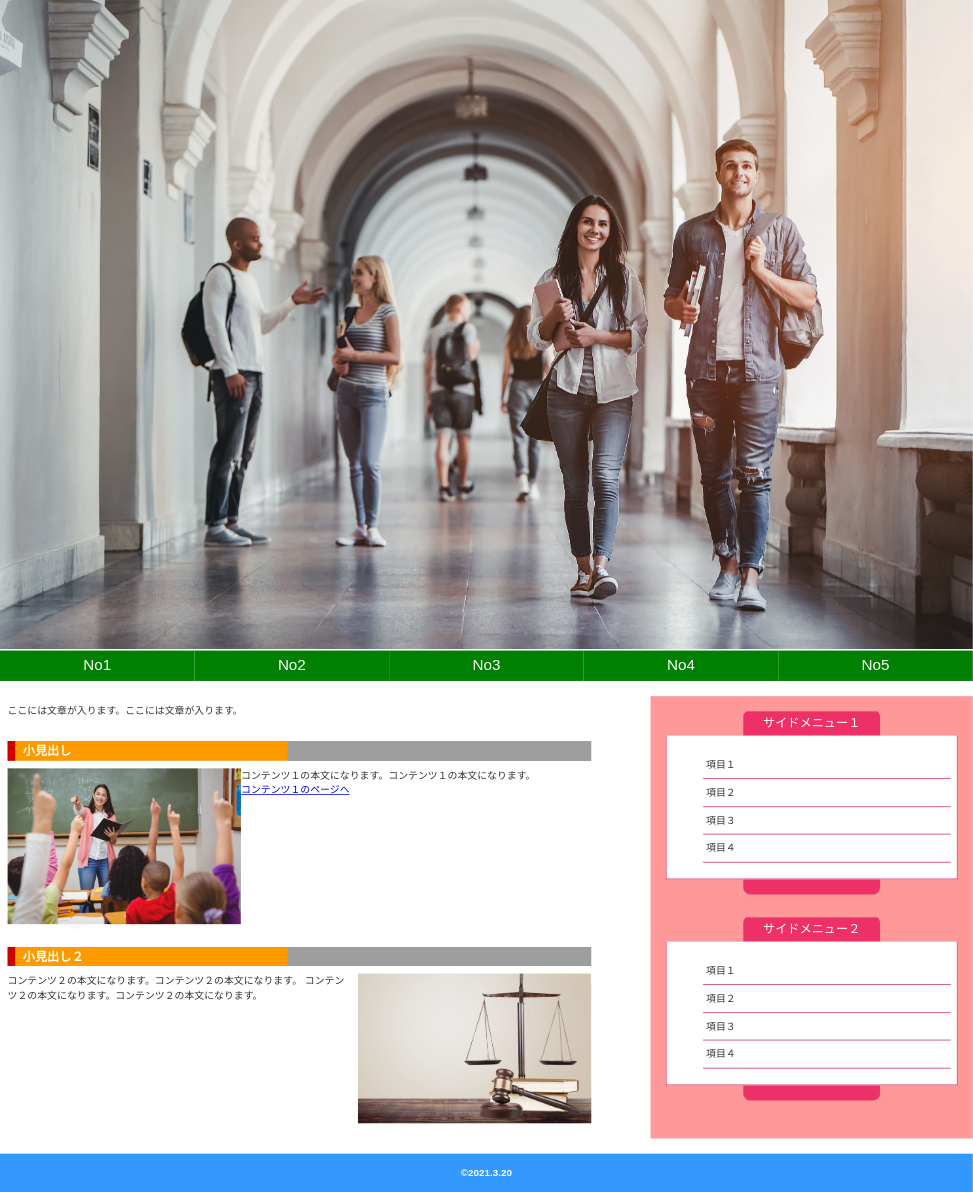
Repository: Hikaru-Ichikawa/samurai_HTML-CSS
Page: home.html
The author's editor kept a record of every edit. The page is drawn from the files as they stood at one moment, then again after the next edit.
The browser window is 1280 px wide. The pictures show the whole page, at 76% of full size.
Pictures or frames that could not be fetched are drawn as grey boxes.

Above is the page before.

### home.html
<!DOCTYPE html>
<html lang="ja">
    <head>
        <meta charset="UTF-8">
        <title>HTML/CSSの学習</title>
        <link rel="stylesheet" href="stylesheet.css">
    </head>
    <body>
        <div id='header'>
            <h1><a href=''><img id='corridor' src='images/school.jpeg' alt=''></a></h1>
        </div>
        <div id='nav'>
            <ul>
                <li>
                    <a href=''>No1</a>
                </li>
                <li>
                    <a href=''>No2</a>
                </li>
                <li>
                    <a href=''>No3</a>
                </li>
                <li>
                    <a href=''>No4</a>
                </li>
                <li>
                    <a href=''>No5</a>
                </li>
            </ul>
        </div>
        <div id='container'>
            <div id='main'>
                <div class='post'>
                    <p>ここには文章が入ります。ここには文章が入ります。</p>
                </div>
                <div class='post clearfix'>
                    <h2>小見出し</h2>
                    <img class='left' src='images/classroom.jpeg' alt='教室'>
                    <p>
                        コンテンツ１の本文になります。コンテンツ１の本文になります。
                    </p>
                    <p>
                        <a href="#">コンテンツ１のページへ</a>
                    </p>
                </div>
                <div class='post clearfix'>
                    <h2>小見出し２</h2>
                    <img class='right' src='images/scale.jpeg' alt='天秤'>
                    <p>
                        コンテンツ２の本文になります。コンテンツ２の本文になります。
                        コンテンツ２の本文になります。コンテンツ２の本文になります。
                    </p>
                </div>
            </div>
            <div id='side'>
                <div class='box'>
                    <h2>サイドメニュー１</h2>
                    <div class='boxBody'>
                        <ul>
                            <li>項目１</li>
                            <li>項目２</li>
                            <li>項目３</li>
                            <li>項目４</li>
                        </ul>
                    </div>
                </div>
                <div class='box'>
                    <h2>サイドメニュー２</h2>
                    <div class='boxBody'>
                        <ul>
                            <li>項目１</li>
                            <li>項目２</li>
                            <li>項目３</li>
                            <li>項目４</li>
                        </ul>
                    </div>
                </div>
            </div>
        </div>
        <div id='footer'>
            <p>&copy;2021.3.20</p>
        </div>
    </body>
</html>

### stylesheet.css
@charset "utf-8";

html{
    scroll-behavior:smooth;
}

body {
	margin: 0;
	padding: 0;
	font-family: "ヒラギノ角ゴ Pro W3", "Hiragino Kaku Gothic Pro", "メイリオ", Meiryo, Osaka, "ＭＳ Ｐゴシック", "MS PGothic", sans-serif;
	color: #333;
	font-size: 13px;
	line-height: 150%;
	background-image:url(images/Samurai.png);
	background-repeat: no-repeat;
}

/* -------------------- wrapper -------------------- */
#wrapper {
    width: 100%;
    margin: auto;
    padding: 0px;
    border: 0px;
    background-color: #FFF;
    top: 10px;
    position: relative;
}

#header {
    width:100%;
}

#header h1 {
    margin:0;
    padding:0;
}

#corridor{
    width:100%;
    height:auto;
}



#footer {
    clear: both;
    width: 100%;
    padding: 3px 0 3px 0;
    background: #39F;
    color: #FFF;
    font-weight: bold;
    text-align: center;
}

#nav{
    width:100%;
}

#nav ul{
    display: flex;
    margin: 0;
    padding: 0;
    list-style-type: none;
}

#nav ul li{
    /*float: left;*/
    width: 20%;
    text-align: center;
}

#nav ul li a{
    display:block;
    height: 20px;
    margin: 0;
    padding: 10px;
    color:#FFF;
    font-size: 20px;
    text-decoration:none;
    background-color: green;
}

#nav ul li a:hover {
    filter: drop-shadow(10px 10px 10px black);
}

#responsive-img{
    height: auto;
    width: 80vw;
}

#container{
    width: 100%;
    margin: auto;
    padding: auto;
    padding-top: 20px;
    clear:both;
}

#main{
    float:left;
    width: 60%;
    padding: 10px 30px 10px 10px;
}

#main h2{
    margin: 0 0 10px 0;
    padding:3px 10px 3px 10px;
    color: #FFF;
    font-size: 16px;
    border-left: solid 10px #C00;
    background: #F90 url(../images/main_h2.jpg) right top repeat-y;
}

#main p{
    margin:0;
    padding:0;
}

#main .post{
    margin: 0 0 30px 0;
}

#main .post img.right{
    margin: 0 0 0 8px;
}

#main .post img.left{
    margin 0 8px 0 0;
}

.right{
    float: right;
    width: 40%;
    height: auto;
}

.left{
    float: left;
    width:40%;
    height: auto;
}

.clearfix{
    zoom: 1;
}

.clearfix:after{
    content: "";
    display: block;
    clear: both;
}

#side{
    float:right;
    width: 30%;
    padding:20px;
    background-color: #F99;
}

#side .box{
    margin:0 auto 30px auto;
    padding:0 0 20px 0;
    background:url(images/side_box.png) bottom no-repeat;
}

#side .box h2{
    margin:0;
    padding: 8px;
    text-align: center;
    color: #fff;
    font-size: 16px;
    line-height:16px;
    font-weight:normal;
    background: url(images/side_box_h2.png) center no-repeat;
}

#side .box .boxBody{
    padding: 8px;
    border-right: solid 1px #C36;
    border-bottom: solid 1px #C36;
    border-left: solid 1px #C36;
    background: #fff;
}

#side .box .boxBody ul li{
    padding:8px 0 8px 4px;
    list-style: none;
    border-bottom:solid 1px #C36;
}

#side .box .boxBody ul li:hover {
    padding:8px 0 8px 4px;
    list-style: none;
    border-bottom:solid 1px #C36;
    box-shadow:0px 4px 4px rgba(0,0,0,0.3);
}

After the next edit:
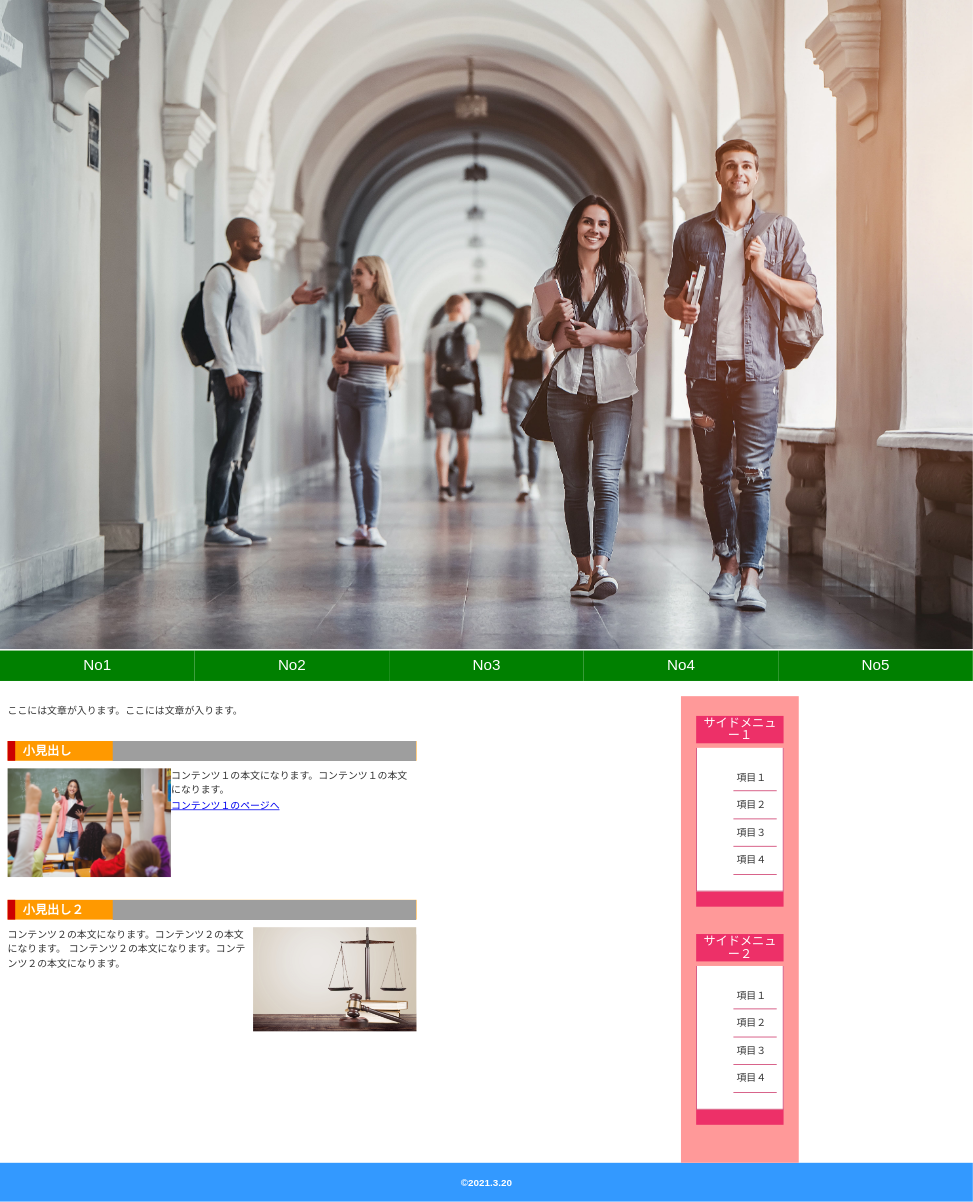
The edit:
--- a/stylesheet.css
+++ b/stylesheet.css
@@ -95,6 +95,8 @@
     padding: auto;
     padding-top: 20px;
     clear:both;
+    display: grid;
+    grid-template-columns:70vw 30vw;
 }
 
 #main{
